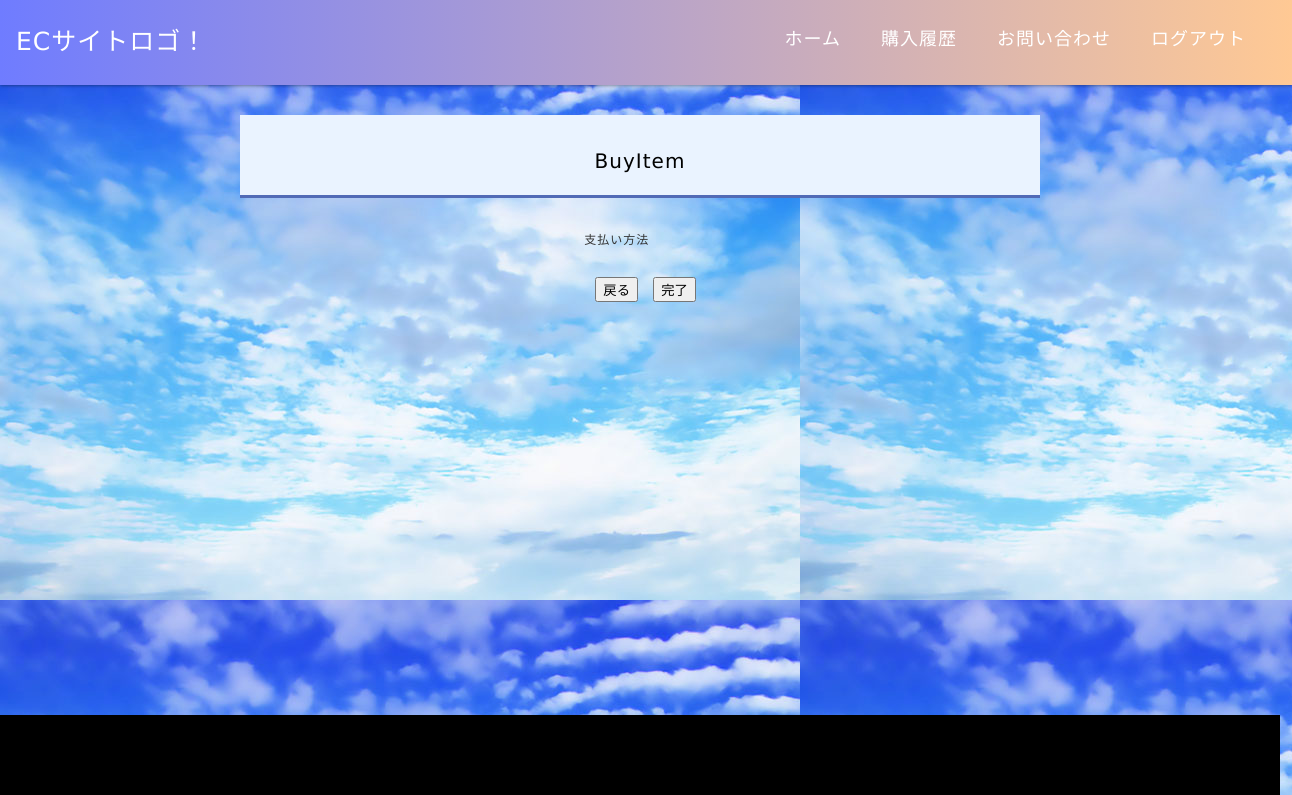
Repository: omosiromusic10/test
Page: http://localhost/ecsite/buyItemConfirm.jsp
An editor plug-in stored every save of this project. The page is shown before and after the next save, followed by the edit.
The browser window is 1280 px wide. The page is 1292 px wide, so the pictures cover 1292 px, including what lies to the right of the window. The pictures show the whole page.
Some web libraries are served in a nearby version. The page is served by Tomcat 9. Other server files are loaded and not shown.

Above is the page before, as saved 2018-07-05 04:44:51.

### ecsite/WebContent/buyItemConfirm.jsp
<%@ page language="java" contentType="text/html; charset=UTF-8"
    pageEncoding="UTF-8"%>
<%@ taglib prefix="s" uri="/struts-tags" %>
<!DOCTYPE html PUBLIC "-//W3C//DTD HTML 4.01 Transitional//EN" "http://www.w3.org/TR/html4/loose.dtd">
<html>
<head>
<meta http-equiv="Content-Type" content="text/html; charset=UTF-8">
<meta http-equiv="Content-Style-Type" content="text/css"/>
<meta http-equiv="Content-Script-Type" content="text/javascript"/>
<meta http-equiv="imagetoolbar" content="no" />
<meta name="description" content="" />
<meta name="keywords" content="" />
<script src="http://ajax.googleapis.com/ajax/libs/jquery/1.9.1/jquery.min.js"></script>
<script type="text/javascript" src="https://ajax.googleapis.com/ajax/libs/jquery/3.1.1/jquery.min.js"></script>
<title>BuyItemConfirm画面</title>
<style type="text/css" >
body{
  margin: 0;
  padding: 0;
  line-height: 1.6;
  letter-spacing: 1px;
  font-family: Verdana, Helvetica ,sans-serif;
  font-size: 12px;
  color: #333;
  background: #fff;
  background-image:url("./img/image6.jpg");
}
table{
  text-align: center;
  margin: 0 auto;
}

#top{
  width: 780px;
  margin: 30px auto;
  padding: 0.5em;
  color: #010101;
  font-size:20px;
  background: #eaf3ff;
  border-bottom: solid 3px #516ab6;
  height: 60px;
}
#header{
  width: 100%;
  height: 80px;
  osition: relative;
  padding: 0.2em 0.5em;
  background: -moz-linear-gradient(to right, rgb(111, 124, 255), #ffc994);
  background: -webkit-linear-gradient(to right, rgb(111, 124, 255), #ffc994);
  background: linear-gradient(to right, rgb(111, 124, 255), #ffc994);
  color: white;
  font-weight: lighter;
  box-shadow: 0 0 4px rgba(0, 0, 0, 0.56);
}
.logo{
  float:left;
  width:200px;
  padding-left:10px;
  color:white;
  font-size:25px;
  line-height:80px;
}

#header ul{
  float:right;
  line-height:50px;
}
#header ul li{
  float:left;
  list-style:none;
  padding-right:40px;
  color:white;
  font-size:18px;
}
.home a {
  text-decoration:none;
  color:white;
}
#main{
  width: 100%;
  height: 600px;
  text-align: center;
}
#footer{
  width: 100%;
  height: 80px;
  background-color: black;
  clear: both;
}
</style>
<script type="text/javascript">
        function submitAction(url){
        	$('form').attr('action',url);
        	$('form').submit();
        }
        jQuery(function(){
        $(function(){
        $(".home a").hover(
        function(){
        	$(this).css("color","gray");
        },
        function(){
        	$(this).css("color","white");
        });
        });
        });
</script>
</head>
<body>
    <div id="header">
        <div id="pr">
	 <div class="logo">ECサイトロゴ！</div>
	 <ul class="home">
	     <li><a href="home.jsp">ホーム</a></li><!--  ただhomeページに戻すだけ-->
	     <li><a href='<s:url action="MyPageAction"  />'>購入履歴</a></li>   <!-- これはMyPageActionを経由させつつ移動させなくてはいけない。 -->
	     <li><a href='<s:url action="InquiryAction" />'>お問い合わせ</a></li>  <!-- inquiryActioに連結させてそこからお問い合わせを出来るようにする -->
	     <li><a href='<s:url action="LogoutAction"  />'>ログアウト</a></li> <!-- これはlogoutActionを経由してつなげなくてはいけない。 -->
	 </ul>
	 </div>
        </div>
    <div id="main">
       <div id="top">
           <p>BuyItem</p>
       </div>
       <div>
           <s:form>
           <s:iterator value="buyItemList">
               <tr>
                   <td>商品名</td>
                   <td><s:property value="itemName" /></td>
               </tr>
               <tr>
                   <td>値段</td>
                   <td><s:property value="total_price" /><span>円</span></td>
               </tr>
               <tr>
                   <td>購入個数</td>
                   <td><s:property value="count" /><span>個</span></td>
               </tr>
               </s:iterator>
               <tr>
                   <td>支払い方法</td>
                   <td><s:property value="session.pay" /></td>
               </tr>
               <tr>
                   <td><br></td>
               </tr>
               <tr>
                   <td><input type="button" value="戻る"
                       onclick="submitAction('HomeAction')"/></td>
                   <td><input type="button" value="完了"
                       onclick="submitAction('BuyItemConfirmAction')"/></td>
                   </tr>
               </s:form>
       </div>
    </div>
    <div id="footer">
        <div id="pr">
        </div>
    </div>

</body>
</html>

After the next save:
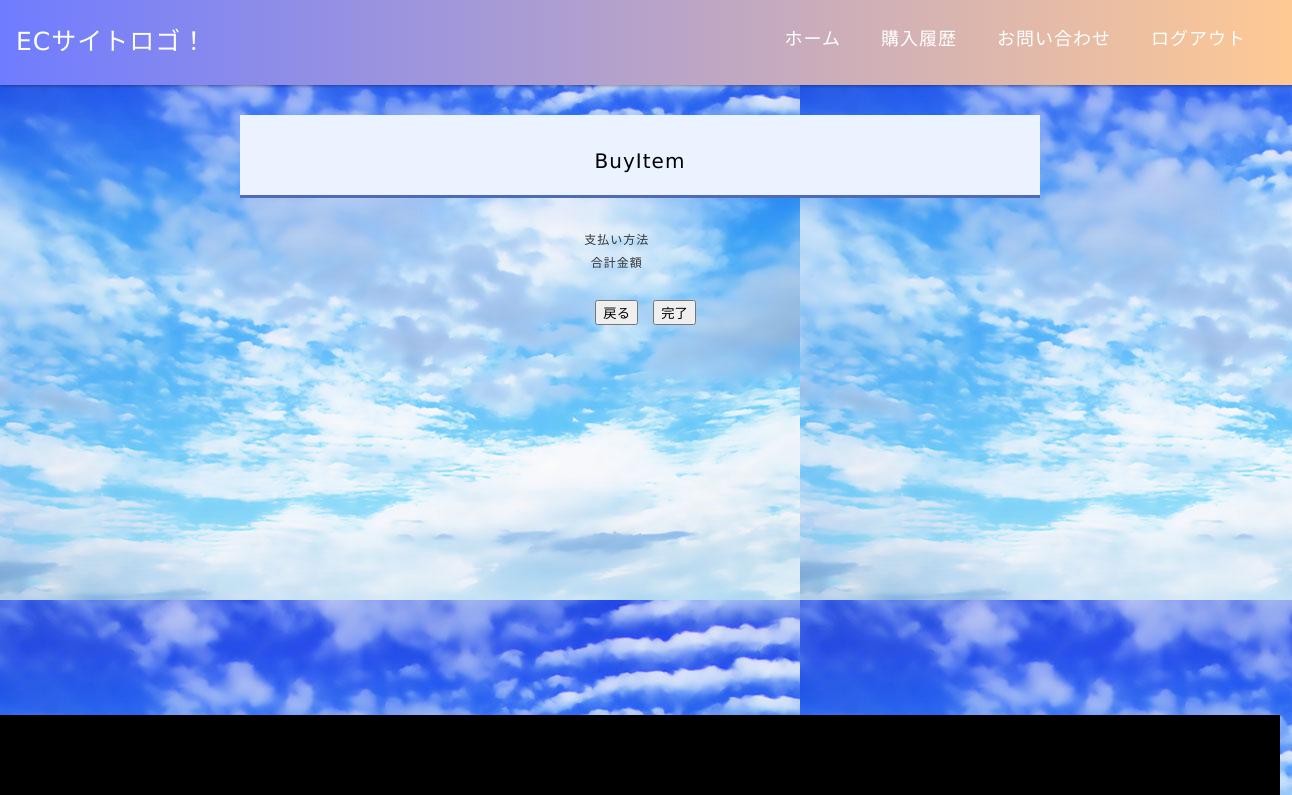
Saved 46 s later.
--- a/ecsite/WebContent/buyItemConfirm.jsp
+++ b/ecsite/WebContent/buyItemConfirm.jsp
@@ -131,7 +131,7 @@ table{
                </tr>
                <tr>
                    <td>値段</td>
-                   <td><s:property value="total_price" /><span>円</span></td>
+                   <td><s:property value="itemPrice" /><span>円</span></td>
                </tr>
                <tr>
                    <td>購入個数</td>
@@ -141,6 +141,10 @@ table{
                <tr>
                    <td>支払い方法</td>
                    <td><s:property value="session.pay" /></td>
+               </tr>
+               <tr>
+                   <td>合計金額</td>
+                   <td><s:property value="session.total_price"/>
                </tr>
                <tr>
                    <td><br></td>
